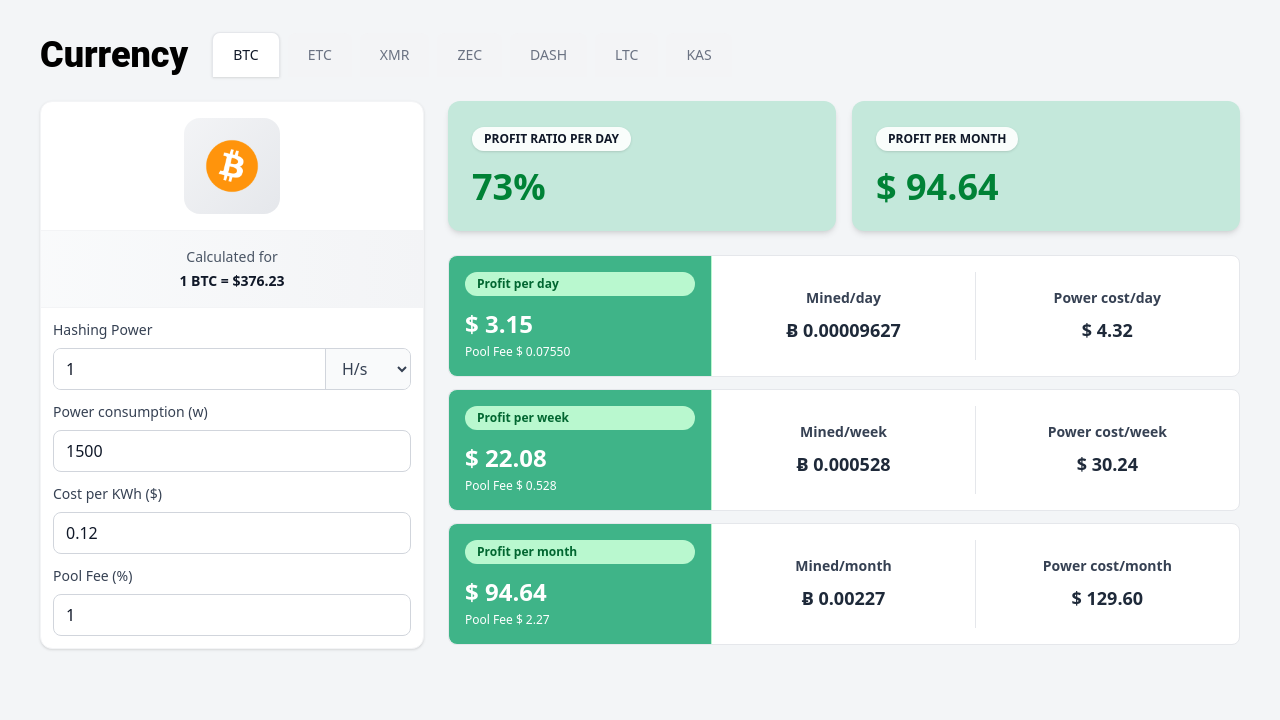
Repository: Bilal-Ahmad-CodeMaster/crypto-proj
Page: /
These files come from the project's save history. The page is drawn as it stood at one moment and after the next save; the edit follows.
The browser window is 1280 px wide. The pictures show the whole page.
The project was rebuilt for these pictures with package versions that can differ from the ones it lists, and the page was loaded fresh each time. The framework's server and built-in components were replaced by stand-ins that run in the browser. Also part of the build but not shown: next.config.ts.

Above is the page before, as saved 2025-11-25 22:39:11.

After the next save:
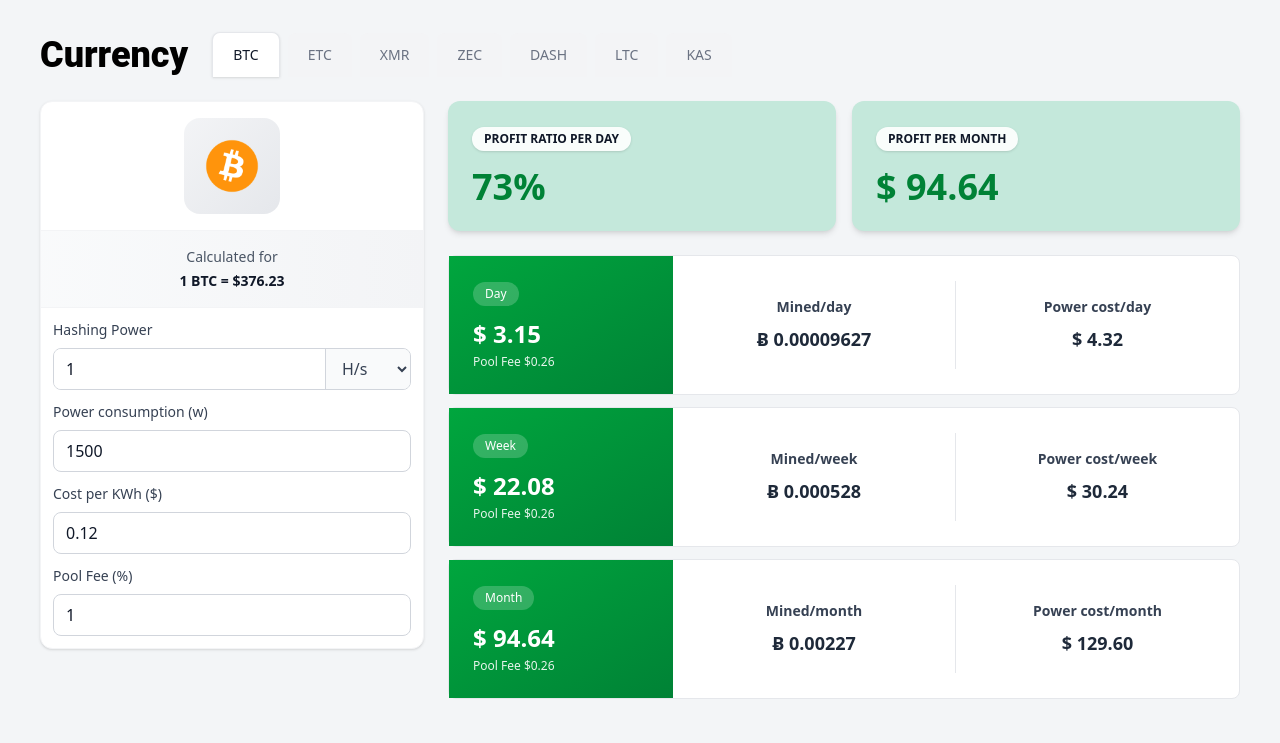
Saved 11 s later.
--- a/src/app/components/ResultCards.tsx
+++ b/src/app/components/ResultCards.tsx
@@ -15,12 +15,10 @@
         <div className="mb-3 rounded-lg border border-gray-200 bg-white hover:shadow-sm transition-all">
             <div className="flex">
                 {/* First part with background color */}
-                <div className={`w-1/3 p-4 rounded-l-lg ${positive ? 'bg-[#3FB488] border-r border-green-200' : 'bg-[#F15C5C] border-r border-red-200'}`}>
-                    <div className={`text-xs font-semibold px-3 py-1 rounded-full ${positive ? 'bg-green-200 text-green-800' : 'bg-red-200 text-red-800'} mb-3`}>
-                        Profit per {title.toLowerCase()}
-                    </div>
-                    <div className={`text-2xl font-bold mb-1 text-white`}>{money}</div>
-                    <div className={`text-xs text-white`}>Pool Fee {poolFee}</div>
+                <div className={`w-56 p-6 text-white ${positive ? 'bg-linear-to-br from-green-600 to-green-700' : 'bg-linear-to-br from-red-500 to-red-600'}`}>
+                    <div className="text-xs font-medium bg-white/20 inline-block px-3 py-1 rounded-full mb-3">{title}</div>
+                    <div className="text-2xl font-bold mb-1">{money}</div>
+                    <div className="text-xs opacity-90">Pool Fee $0.26</div>
                 </div>
 
                 {/* Second and third parts without background color */}
